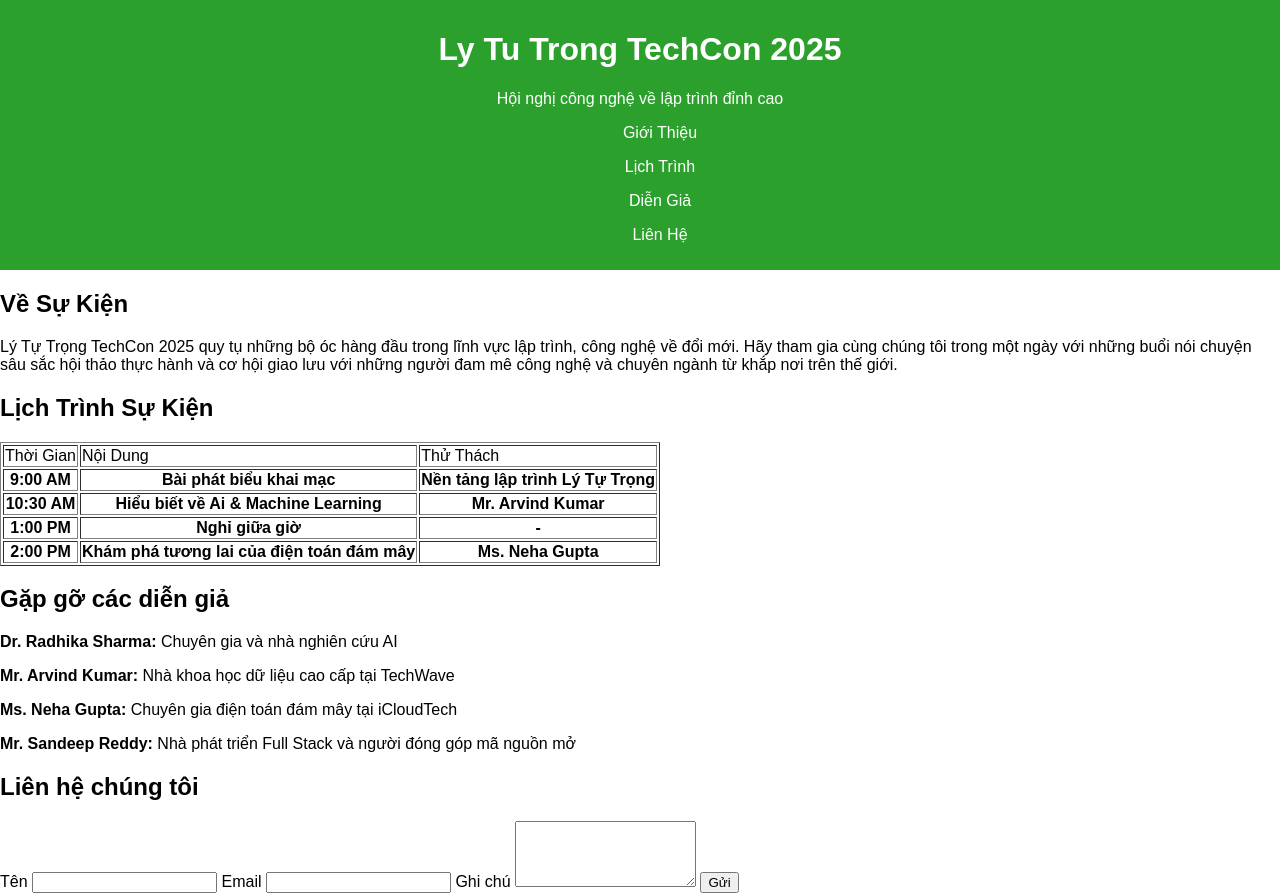
Repository: NhatMinh121/BaiTapVeNha1
Page: index.html
The author's editor kept a copy of each file at every save. The page is drawn from the files as they stood at one save, then again after the next save.
The browser window is 1280 px wide. The pictures show the whole page.

Above is the page before, as saved 2025-03-28 22:42:25.

After the next save:
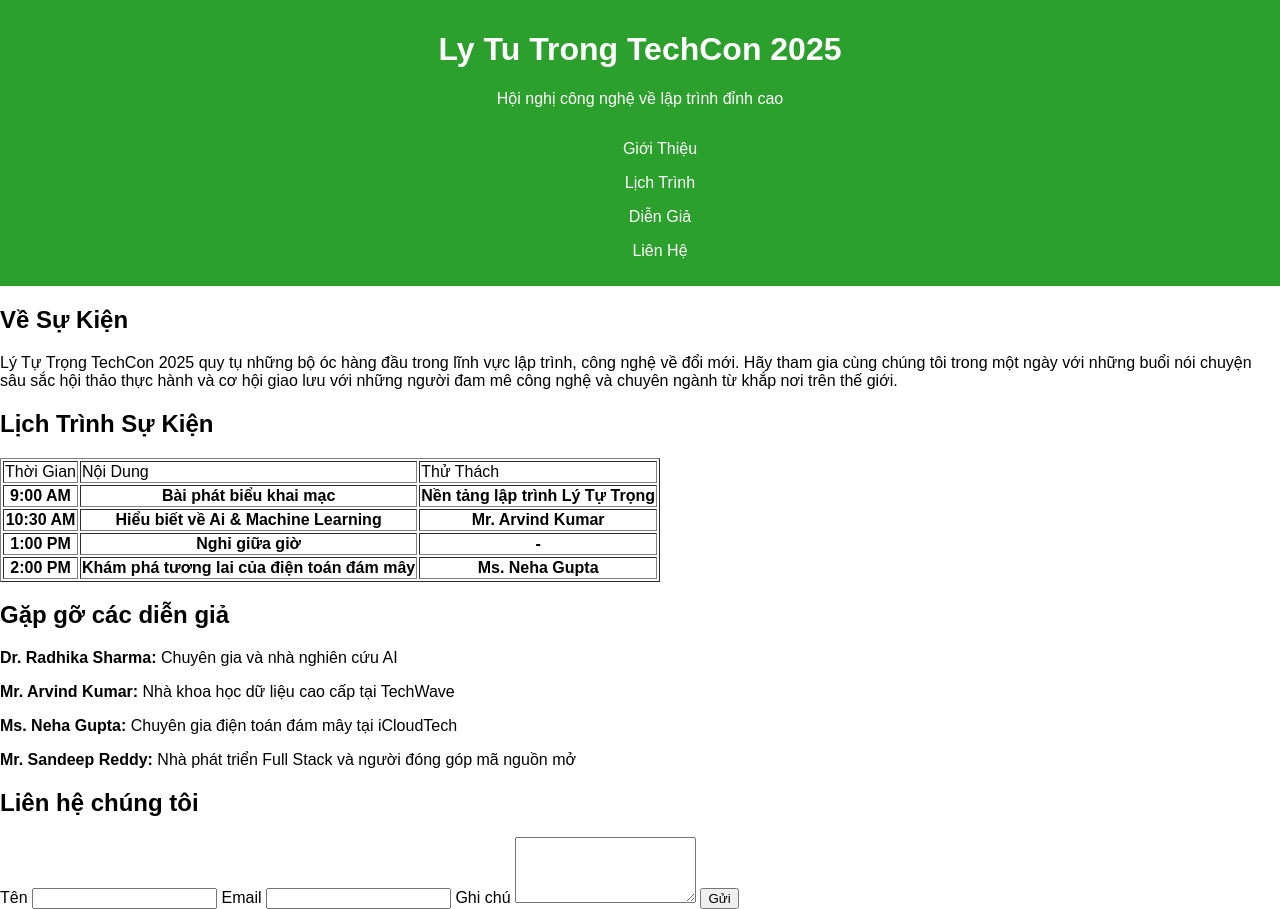
Saved 51 s later.
--- a/style.css
+++ b/style.css
@@ -11,3 +11,10 @@
     padding: 10px 0;
     text-align: center;
 }
+
+.menu {
+    list-style: none;
+    display: flex;
+    justify-content: center;
+    gap: 20px;
+}
